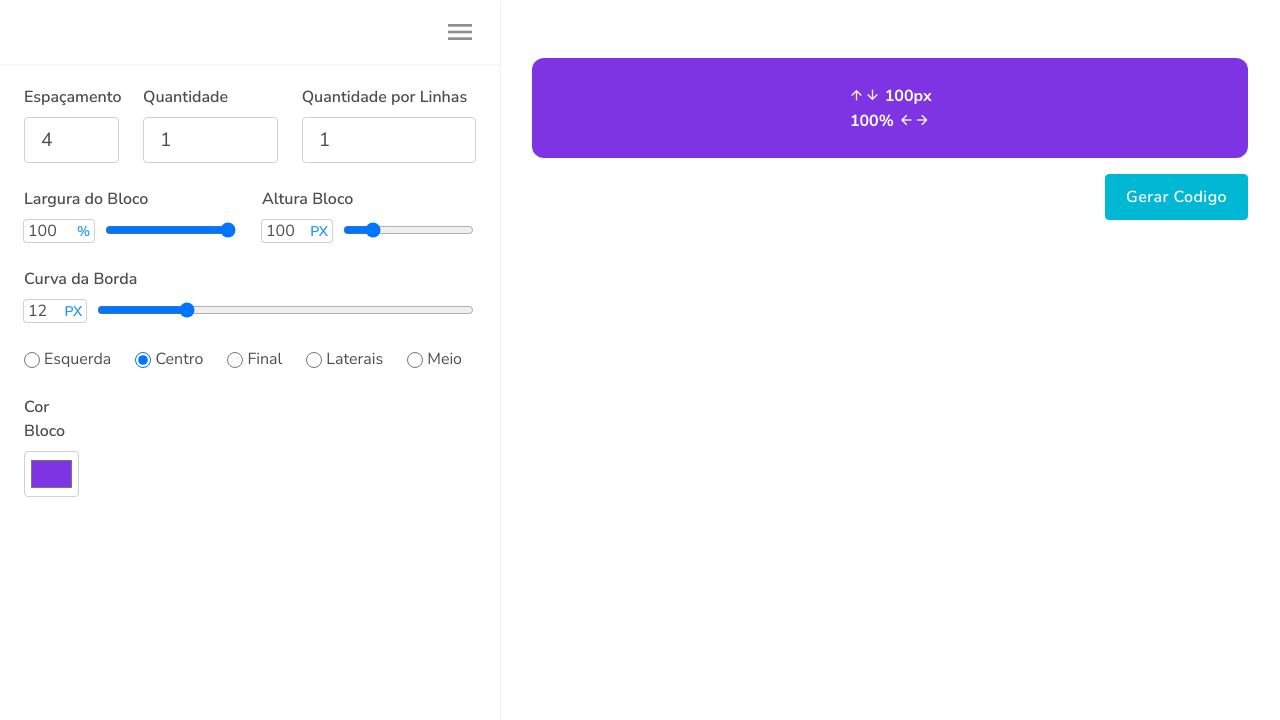
Repository: Flintdl/lowcode-elements
Page: /
An editor plug-in stored every save of this project. The page is shown before and after the next save, followed by the edit.
The browser window is 1280 px wide. The pictures show the whole page.
The project was rebuilt for these pictures with package versions that can differ from the ones it lists, and the page was loaded fresh each time. Also part of the build but not shown: vue.config.js.

Above is the page before, as saved 2022-04-05 14:26:08.

After the next save:
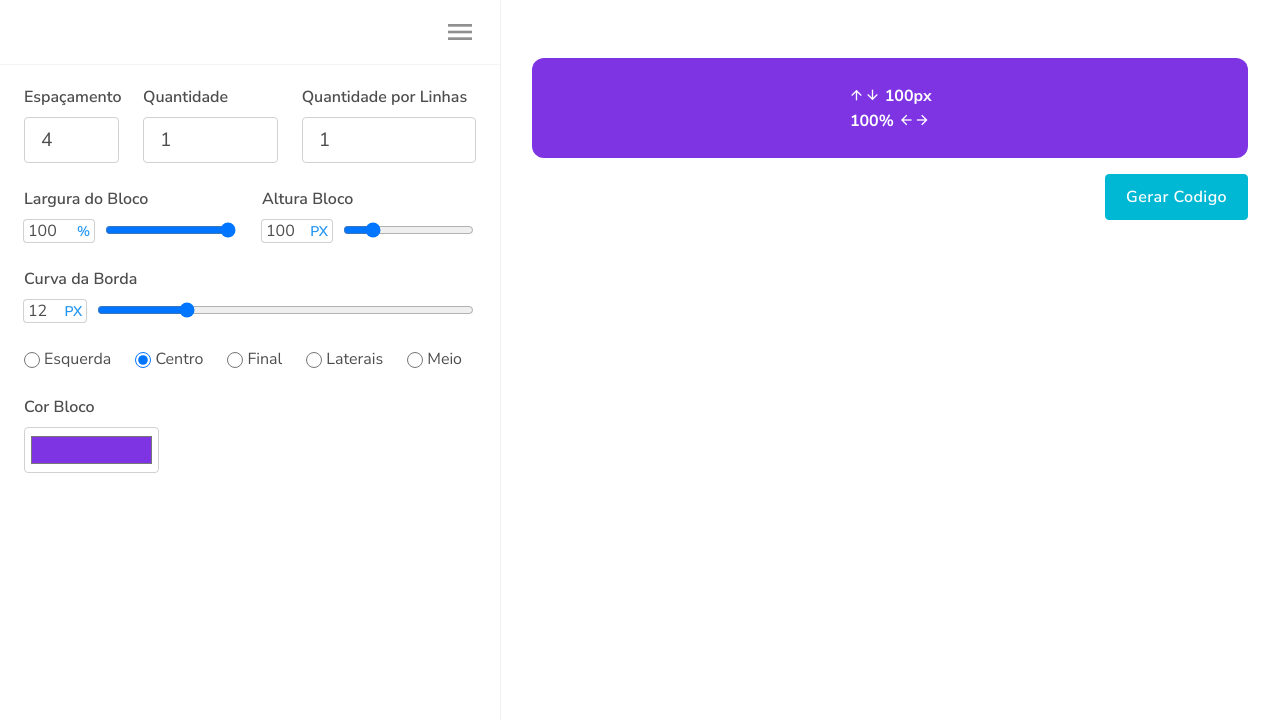
Saved 5 s later.
--- a/src/components/Menu/MenuTemplate.vue
+++ b/src/components/Menu/MenuTemplate.vue
@@ -51,7 +51,7 @@
               v-on:callback="getValorPosicaoBloco"
             />
             <div class="sf-row">
-              <div class="sf-col-2 sf-form-group">
+              <div class="sf-col-4 sf-form-group">
                 <label class="sf-label">Cor Bloco</label>
                 <input
                   type="color"
